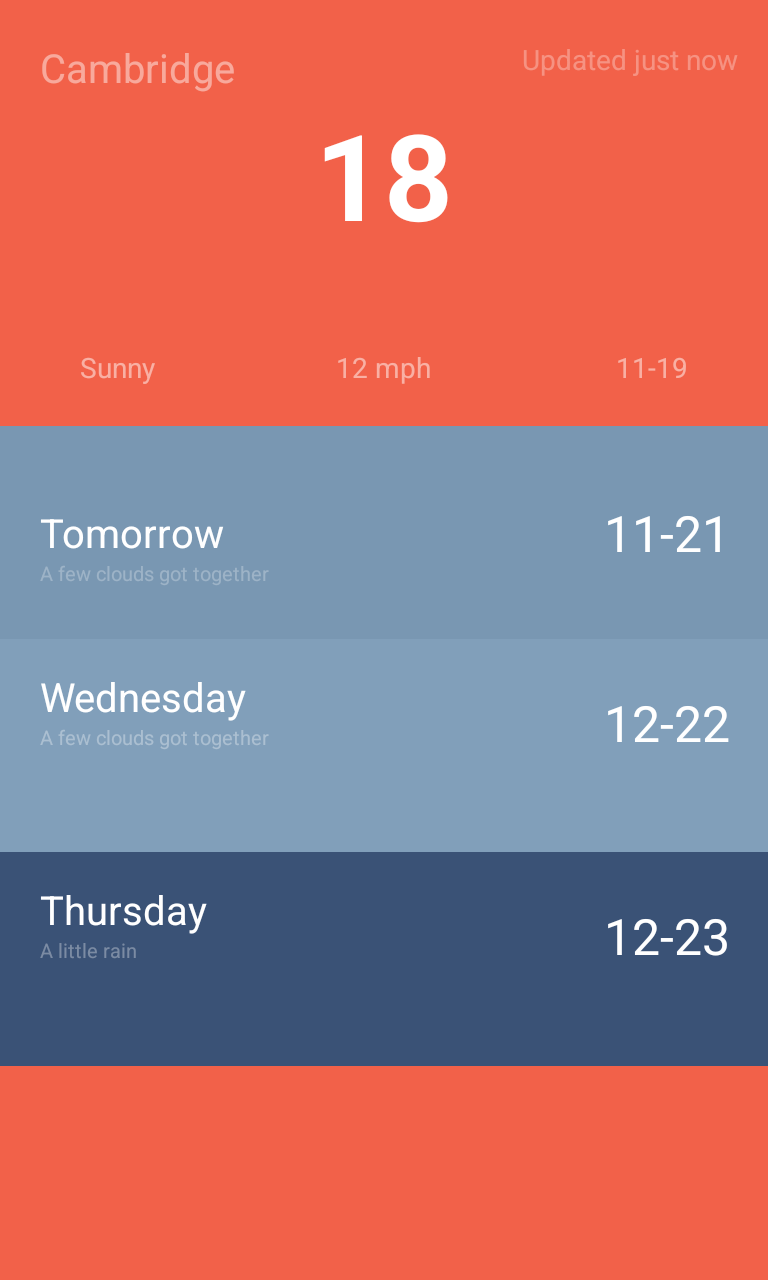
Repository: HarithaAmmuHari/Project
Layout: ExampleAnoop/res/layout/activity_main.xml
The author's editor kept a copy of each file at every save. The layout is drawn from the files as they stood at one save, then again after the next save.
It is drawn on a 768 x 1280 px phone screen (xhdpi) without system bars, with theme android:Theme; the app's code is not run.

Above is the layout before, as saved 2015-01-24 06:52:44.

### ExampleAnoop/res/layout/activity_main.xml
<LinearLayout xmlns:android="http://schemas.android.com/apk/res/android"
    xmlns:tools="http://schemas.android.com/tools"
    android:id="@+id/LinearLayout1"
    android:layout_width="match_parent"
    android:layout_height="match_parent"
    android:orientation="vertical"
    android:weightSum="12.0"
    tools:context="com.example.exampleanoop.MainActivity" >

    <RelativeLayout
        android:layout_width="match_parent"
        android:layout_height="0dp"
        android:background="#F26149"
        android:layout_weight="4.0" >

        <TextView
            android:id="@+id/textView1"
            android:layout_width="wrap_content"
            android:layout_height="wrap_content"
            android:layout_alignParentLeft="true"
            android:layout_alignParentTop="true"
            android:layout_marginLeft="20dp"
            android:layout_marginTop="20dp"
            android:text="Cambridge"
            android:textColor="#75ffffff"
            android:textSize="20dp" />

        <TextView
            android:id="@+id/textView2"
            android:layout_width="wrap_content"
            android:layout_height="wrap_content"
           android:layout_marginTop="20dp"
           android:layout_marginRight="15dp"
            android:layout_alignParentRight="true"
            android:text="Updated just now"
            android:textColor="#50ffffff" />

        <TextView
            android:id="@+id/textView3"
            android:layout_width="wrap_content"
            android:layout_height="wrap_content"
            android:layout_below="@+id/textView1"
            android:layout_centerHorizontal="true"
            android:layout_centerVertical="true"
            android:text="18"
            android:textAppearance="?android:attr/textAppearanceLarge"
            android:textColor="#ffffff"
            android:textSize="60sp"
            android:textStyle="bold" />

        <TextView
            android:id="@+id/textView13"
            android:layout_width="wrap_content"
            android:layout_alignParentBottom="true"
            android:layout_marginLeft="40dp"
            android:layout_height="wrap_content"
            android:text="Sunny"
            android:textColor="#80ffffff"
            android:layout_marginBottom="20dp"/>

        <TextView
            android:id="@+id/textView14"
            android:layout_width="wrap_content"
            android:layout_height="wrap_content"
            android:layout_centerHorizontal="true"
           android:layout_alignBottom="@+id/textView13"
            android:text="12 mph"
            android:textColor="#80ffffff" />

        <TextView
            android:id="@+id/textView15"
            android:layout_width="wrap_content"
            android:layout_height="wrap_content"
           android:layout_alignParentRight="true"
           android:layout_alignBottom="@+id/textView14"
            android:text="11-19"
            android:layout_marginRight="40dp"
             android:textColor="#80ffffff" />

    </RelativeLayout>

    <RelativeLayout
        android:layout_width="match_parent"
        android:layout_height="0dp"
        android:background="#7997B2"
        android:layout_weight="2.0" >

        <TextView
            android:id="@+id/textView4"
            android:layout_width="wrap_content"
            android:layout_height="wrap_content"
            android:layout_alignParentLeft="true"
            android:layout_centerInParent="true"
            android:layout_marginTop="15dp"
           android:layout_marginLeft="20dp"
            android:text="Tomorrow"
            android:textColor="#ffffff"
            android:textSize="20dp"/>

        <TextView
            android:id="@+id/textView5"
            android:layout_width="wrap_content"
            android:layout_height="wrap_content"
           android:layout_marginTop="25dp"
            android:layout_alignParentRight="true"
            android:layout_centerInParent="true"
            android:layout_marginRight="19dp"
            android:text="11-21"
            android:textColor="#ffffff"
            android:textSize="25dp"
            android:textAppearance="?android:attr/textAppearanceLarge" />

        <TextView
            android:id="@+id/textView6"
            android:layout_width="wrap_content"
            android:layout_height="wrap_content"
            android:layout_below="@+id/textView4"
            android:layout_marginBottom="10dp"
            android:layout_marginLeft="20dp"
            android:text="A few clouds got together"
            android:textColor="#45ffffff"
            android:textSize="10sp" />

    </RelativeLayout>

    <RelativeLayout
        android:layout_width="match_parent"
        android:layout_height="0dp"
        android:layout_weight="2.0"
        android:background="#819FBA" >

        <TextView
            android:id="@+id/textView7"
            android:layout_width="wrap_content"
            android:layout_height="wrap_content"
            android:layout_alignParentLeft="true"
          android:layout_marginTop="15dp"
          android:layout_marginLeft="20dp"
            android:textColor="#ffffff"
            android:textSize="20dp"
            android:text="Wednesday" />

        <TextView
            android:id="@+id/textView8"
            android:layout_width="wrap_content"
            android:layout_height="wrap_content"
            android:layout_below="@+id/textView7"
            android:layout_marginBottom="10dp"
            android:layout_marginLeft="20dp"
            android:text="A few clouds got together"
            android:textColor="#55ffffff"
            android:textSize="10sp" />

        <TextView
            android:id="@+id/textView9"
            android:layout_width="wrap_content"
            android:layout_height="wrap_content"

            android:layout_alignParentRight="true"
            android:layout_marginRight="19dp"
            android:text="12-22"
            android:textColor="#ffffff"
           android:layout_marginTop="25dp"
                  android:textSize="25dp"/>

    </RelativeLayout>

    <RelativeLayout
        android:layout_width="match_parent"
        android:layout_height="0dp"
        android:layout_weight="2.0"
        android:background="#3A5276" >

        <TextView
            android:id="@+id/textView10"
            android:layout_width="wrap_content"
            android:layout_height="wrap_content"
            android:layout_alignParentLeft="true"
           android:layout_marginTop="15dp"
          android:layout_marginLeft="20dp"
            android:textColor="#ffffff"
            android:textSize="20dp"
            android:text="Thursday" />

        <TextView
            android:id="@+id/textView11"
            android:layout_width="wrap_content"
            android:layout_height="wrap_content"
             android:layout_below="@+id/textView10"
            android:layout_marginBottom="10dp"
            android:layout_marginLeft="20dp"
            android:text="A little rain"
            android:textColor="#55ffffff"
            android:textSize="10sp"/>

        <TextView
            android:id="@+id/textView12"
            android:layout_width="wrap_content"
            android:layout_height="wrap_content"
           android:layout_marginRight="19dp"
            android:layout_alignParentRight="true"
            android:text="12-23"
            android:textColor="#ffffff"
           android:layout_marginTop="25dp"
                  android:textSize="25dp"
            android:textAppearance="?android:attr/textAppearanceLarge" />

    </RelativeLayout>

    <RelativeLayout
        android:layout_width="match_parent"
        android:layout_height="wrap_content"
        android:layout_weight="2.0"
        android:background="#F26149" >
    </RelativeLayout>

</LinearLayout>

After the next save:
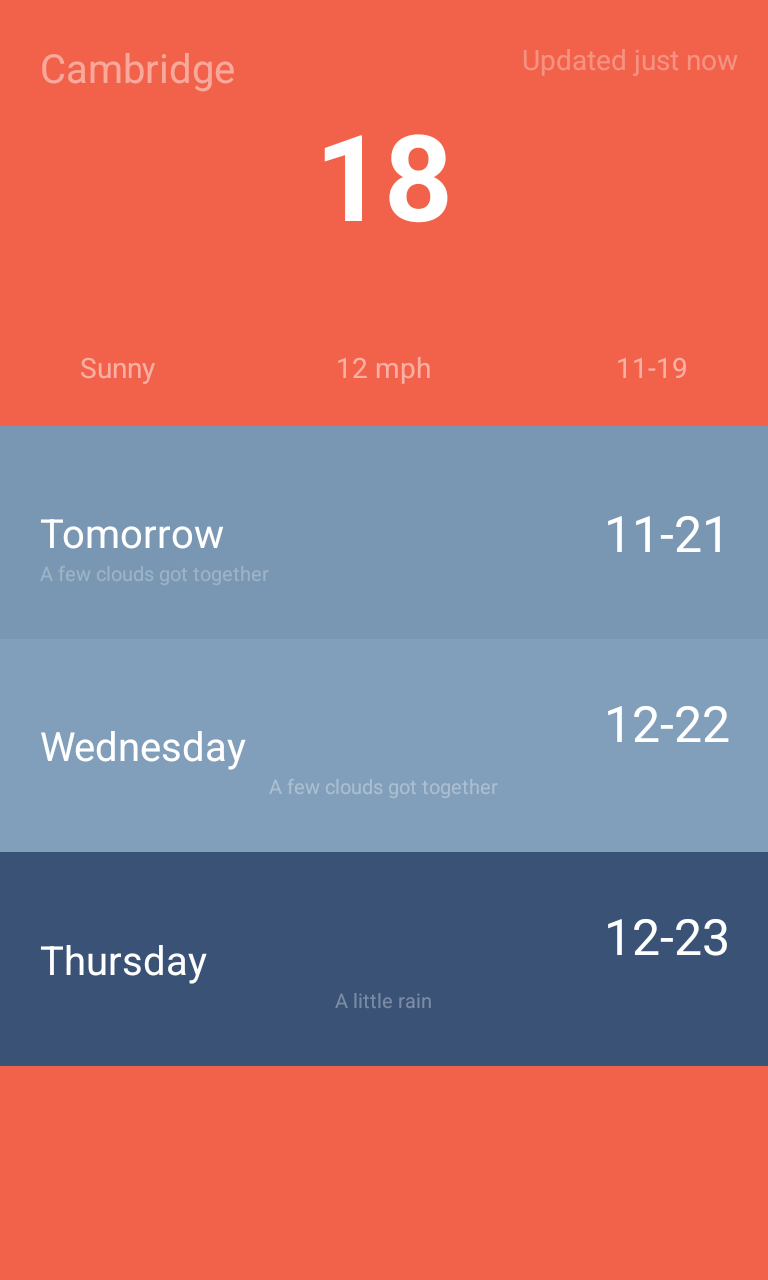
Saved 37 s later.
--- a/ExampleAnoop/res/layout/activity_main.xml
+++ b/ExampleAnoop/res/layout/activity_main.xml
@@ -136,6 +136,7 @@
             android:layout_alignParentLeft="true"
           android:layout_marginTop="15dp"
           android:layout_marginLeft="20dp"
+          android:layout_centerInParent="true"
             android:textColor="#ffffff"
             android:textSize="20dp"
             android:text="Wednesday" />
@@ -146,6 +147,7 @@
             android:layout_height="wrap_content"
             android:layout_below="@+id/textView7"
             android:layout_marginBottom="10dp"
+            android:layout_centerInParent="true"
             android:layout_marginLeft="20dp"
             android:text="A few clouds got together"
             android:textColor="#55ffffff"
@@ -178,6 +180,7 @@
             android:layout_alignParentLeft="true"
            android:layout_marginTop="15dp"
           android:layout_marginLeft="20dp"
+          android:layout_centerInParent="true"
             android:textColor="#ffffff"
             android:textSize="20dp"
             android:text="Thursday" />
@@ -189,6 +192,7 @@
              android:layout_below="@+id/textView10"
             android:layout_marginBottom="10dp"
             android:layout_marginLeft="20dp"
+            android:layout_centerInParent="true"
             android:text="A little rain"
             android:textColor="#55ffffff"
             android:textSize="10sp"/>
